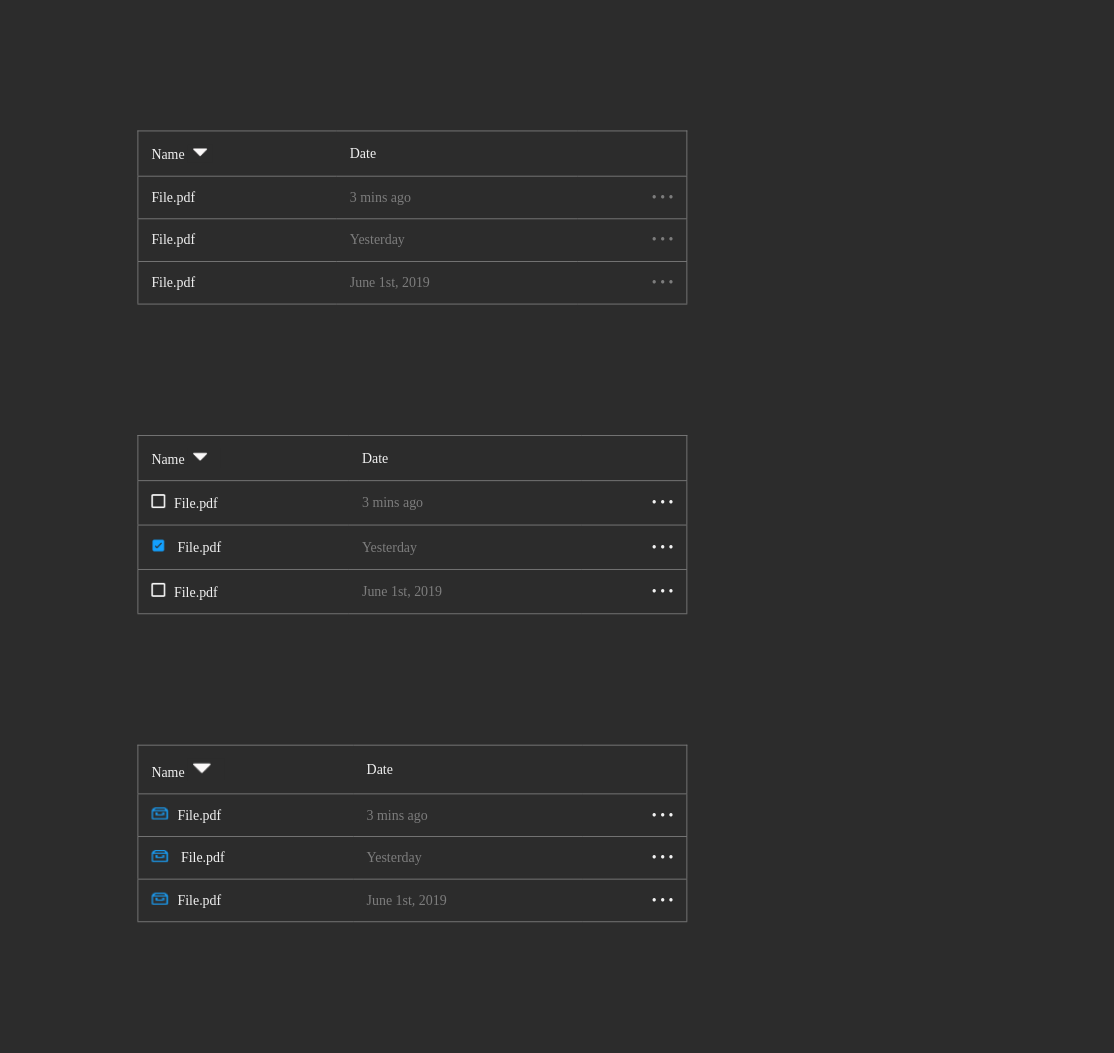
Repository: batonAnton/Hw5-table
Page: index.html
An editor plug-in stored every save of this project. The page is shown before and after the next save, followed by the edit.
The browser window is 1280 px wide. The pictures show the whole page, at 87% of full size.

Above is the page before, as saved 2022-06-14 11:37:33.

### index.html
<!DOCTYPE html>
<html lang="en">
<head>
    <meta charset="UTF-8">
    <meta http-equiv="X-UA-Compatible" content="IE=edge">
    <meta name="viewport" content="width=device-width, initial-scale=1.0">
    <title>Lecture 5</title>
    <link rel="stylesheet" href="css/style.css">
</head>
<body>
    <table>
        <tr>
            <td>Name <button><img src="image/down-filled-triangular-arrow.png" alt="down-filled-triangular-arrow"></button> </td>
            <td colspan="2">Date</td>
        </tr>

        <tr>
            <td>File.pdf</td>
            <td class="gray-color">3 mins ago</td>
            <td class="right-dot gray-color">&#x2022 &#x2022 &#x2022</td>
        </tr>

        <tr>
            <td>File.pdf</td>
            <td class="gray-color">Yesterday</td>
            <td class="right-dot gray-color">&#x2022 &#x2022 &#x2022</td>
        </tr>

        <tr>
            <td>File.pdf</td>
            <td class="gray-color">June 1st, 2019</td>
            <td class="right-dot gray-color">&#x2022 &#x2022 &#x2022</td>
        </tr>
    </table>

    <table class="table2">
        <tr>
            <td>  Name <button><img src="image/down-filled-triangular-arrow.png" alt="down-filled-triangular-arrow"></button> </td>
            <td colspan="2">Date</td>
        </tr>

        <tr>
            <td> <img src="/image/checkbox (1).png" alt="">File.pdf</td>
            <td class="gray-color">3 mins ago</td>
            <td class="right-dot white-dot">&#x2022 &#x2022 &#x2022</td>
        </tr>

        <tr>
            <td><img src="/image/checkbox.png" alt=""> File.pdf</td>
            <td class="gray-color">Yesterday</td>
            <td class="right-dot white-dot">&#x2022 &#x2022 &#x2022</td>
        </tr>

        <tr>
            <td><img src="/image/checkbox (1).png" alt="">File.pdf</td>
            <td class="gray-color">June 1st, 2019</td>
            <td class="right-dot white-dot">&#x2022 &#x2022 &#x2022</td>
        </tr>
    </table>

    <table class="table3">
        <tr>
            <td>  Name <button><img src="image/down-filled-triangular-arrow.png" alt="down-filled-triangular-arrow"></button> </td>
            <td colspan="2">Date</td>
        </tr>

        <tr>
            <td> <img src="/image/file-iconpng.png" alt="">File.pdf</td>
            <td class="gray-color">3 mins ago</td>
            <td class="right-dot white-dot">&#x2022 &#x2022 &#x2022</td>
        </tr>

        <tr>
            <td><img src="/image/file-iconpng.png" alt=""> File.pdf</td>
            <td class="gray-color">Yesterday</td>
            <td class="right-dot white-dot">&#x2022 &#x2022 &#x2022</td>
        </tr>

        <tr>
            <td><img src="/image/file-iconpng.png" alt="">File.pdf</td>
            <td class="gray-color">June 1st, 2019</td>
            <td class="right-dot white-dot">&#x2022 &#x2022 &#x2022</td>
        </tr>
    </table>
</body>
</html>

### css/style.css
body {
  background-color: rgb(44, 44, 44);
  color: rgb(242, 242, 242);
}

table {
  border: 1px solid rgb(125, 125, 125);
  margin: 150px;
  width: 50%;
  border-collapse: collapse;
  border-spacing: 0;
}

td {
  border-bottom: 1px solid rgb(125, 125, 125);
  padding: 15px;
}

.right-dot {
  text-align: right;
}

button {
  background-color: rgb(44, 44, 44);
  border: none;
}

.gray-color {
  color: rgb(125, 125, 125);
}

.white-dot {
  color: rgb(242, 242, 242);
}

.table2 img {
  margin-right: 10px;
}
.table3 img {
  margin-right: 10px;
}

.table3 img {
  width: 20px;
}

After the next save:
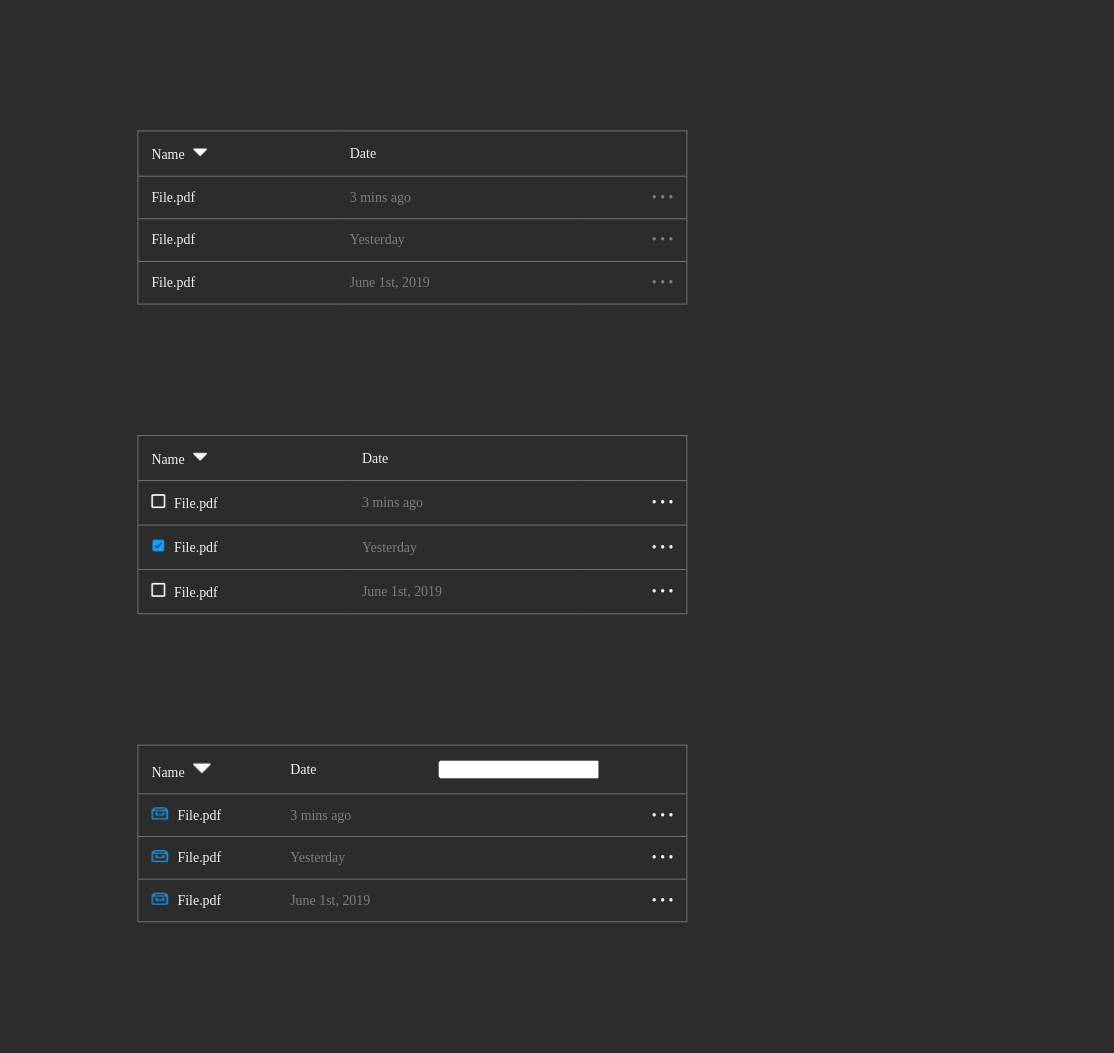
Saved 4 min 26 s later.
--- a/index.html
+++ b/index.html
@@ -46,7 +46,7 @@
         </tr>
 
         <tr>
-            <td><img src="/image/checkbox.png" alt=""> File.pdf</td>
+            <td><img src="/image/checkbox.png" alt="">File.pdf</td>
             <td class="gray-color">Yesterday</td>
             <td class="right-dot white-dot">&#x2022 &#x2022 &#x2022</td>
         </tr>
@@ -61,7 +61,8 @@
     <table class="table3">
         <tr>
             <td>  Name <button><img src="image/down-filled-triangular-arrow.png" alt="down-filled-triangular-arrow"></button> </td>
-            <td colspan="2">Date</td>
+            <td>Date</td>
+            <td><input type="search"></td>
         </tr>
 
         <tr>
@@ -71,7 +72,7 @@
         </tr>
 
         <tr>
-            <td><img src="/image/file-iconpng.png" alt=""> File.pdf</td>
+            <td><img src="/image/file-iconpng.png" alt="">File.pdf</td>
             <td class="gray-color">Yesterday</td>
             <td class="right-dot white-dot">&#x2022 &#x2022 &#x2022</td>
         </tr>
